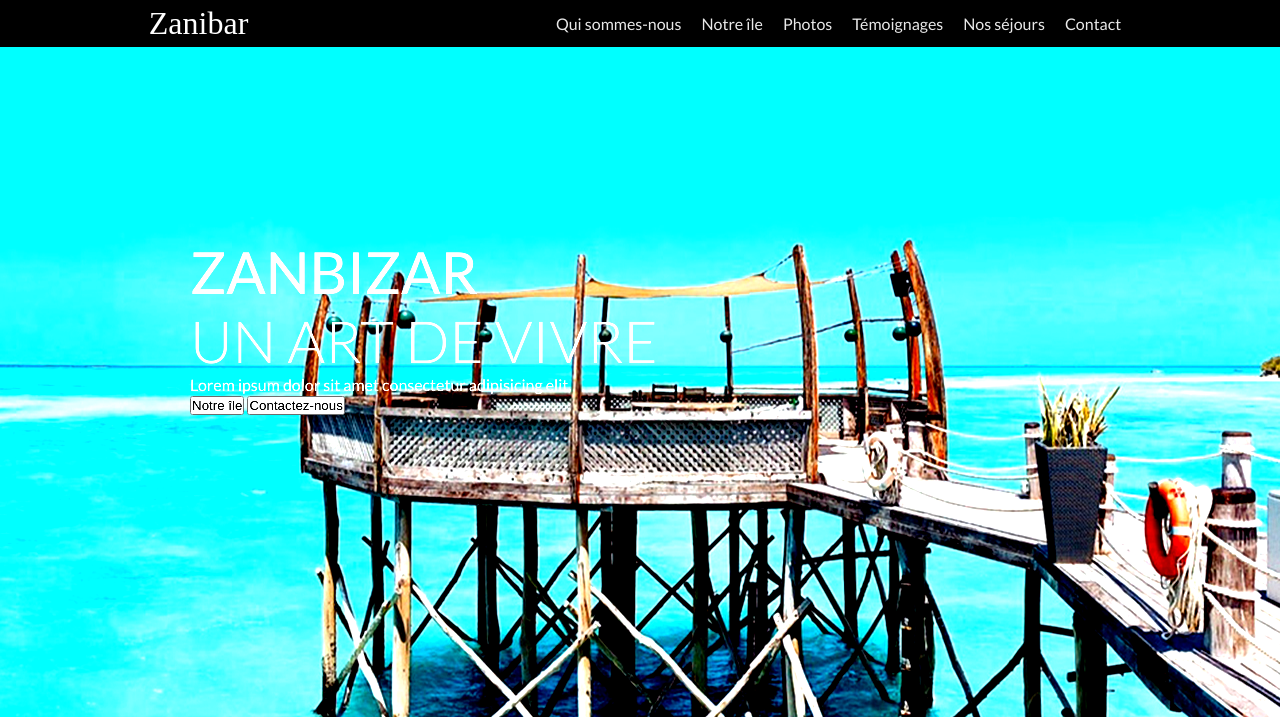
Repository: ypiard85/zanzibar
Page: index.html
The author's editor kept a copy of each file at every save. The page is drawn from the files as they stood at one save, then again after a run of saves.
The browser window is 1280 px wide. The pictures show the whole page.
Some web fonts or font styles are not loaded; a fallback is used.

Above is the page before, as saved 2021-02-23 15:09:28.

### index.html
<!DOCTYPE html>
<html lang="en">
<head>
    <meta charset="UTF-8">
    <meta http-equiv="X-UA-Compatible" content="IE=edge">
    <meta name="viewport" content="width=device-width, initial-scale=1.0">
    <link rel="stylesheet" href="font/font.css">
    <link rel="stylesheet" href="./style.css">
    <link href="https://fonts.googleapis.com/css?family=Lato:300,400,700" rel="stylesheet">
    <link href="https://fonts.googleapis.com/css?family=Sanchez" rel="stylesheet">
    <title>Document</title>
</head>
<body>
    <div class="wrapper">
        <header role="header">
            <nav class="nav">
                <div class="nav_left">
                    <a href="">
                        Zanibar
                    </a>
                </div>
                <ul class="nav_link">
                    <li><a href="">Qui sommes-nous</a></li>
                    <li><a href="">Notre île</a></li>
                    <li><a href="">Photos</a></li>
                    <li><a href="">Témoignages</a></li>
                    <li><a href="">Nos séjours</a></li>
                    <li><a href="">Contact</a></li>
                </ul>
            </nav>
        </header>
        <section class="image_thumbnail">
            <div class="content_thumbnail">
                <p class="titlte_first">ZANBIZAR</p>
                <p class="title_second">UN ART DE VIVRE</p>
                <p>Lorem ipsum dolor sit amet consectetur adipisicing elit.</p>
                <button>Notre île</button>
                <button>Contactez-nous</button>
            </div>
        </section>
    </div>
</body>
</html>

### font/font.css
/*! Generated by Font Squirrel (https://www.fontsquirrel.com) on June 4, 2019 */



@font-face {
    font-family: 'warnesregular';
    src: url('warnes-regular-webfont.eot');
    src: url('warnes-regular-webfont.eot?#iefix') format('embedded-opentype'),
         url('warnes-regular-webfont.woff2') format('woff2'),
         url('warnes-regular-webfont.woff') format('woff'),
         url('warnes-regular-webfont.ttf') format('truetype'),
         url('warnes-regular-webfont.svg#warnesregular') format('svg');
    font-weight: normal;
    font-style: normal;

}

### style.css
:root{
    --font-family-title: "warnesregular";
    --guillemet-citation: "Sanchez", serif;
}

*{
    margin: 0;
    padding: 0;
    box-sizing: border-box;
    list-style: none;
    text-decoration: none;
}

html {
    background-color: #fff;
    font-family: "Lato", "Arial", sans-serif;
}


.nav{
    background: black;
    display: flex;
    justify-content: space-around;
    align-items: center;
    padding: 5px 0;
}

.nav *{
    color: #fff;
}

.nav_left a{
    font-family: var(--font-family-title);
    font-size: 32px;
}

.nav_link{
    display: flex;
}

.nav_link li a{
    color: rgb(233, 233, 233);
    margin: 0 10px;

}

.image_thumbnail{
    background-image: url('./header.jpg');
    filter: grayscale(30%);
    filter: contrast(180%);
    background-repeat: no-repeat;
    background-position: center right;
    height: 93vh;
}

.content_thumbnail{
    padding: 190px;
    color: #fff;
}

.content_thumbnail .titlte_first{
    font-size: 58px;
}

.content_thumbnail .title_second{
    font-size: 58px;
    font-weight: 100;
}

After the next 4 saves:
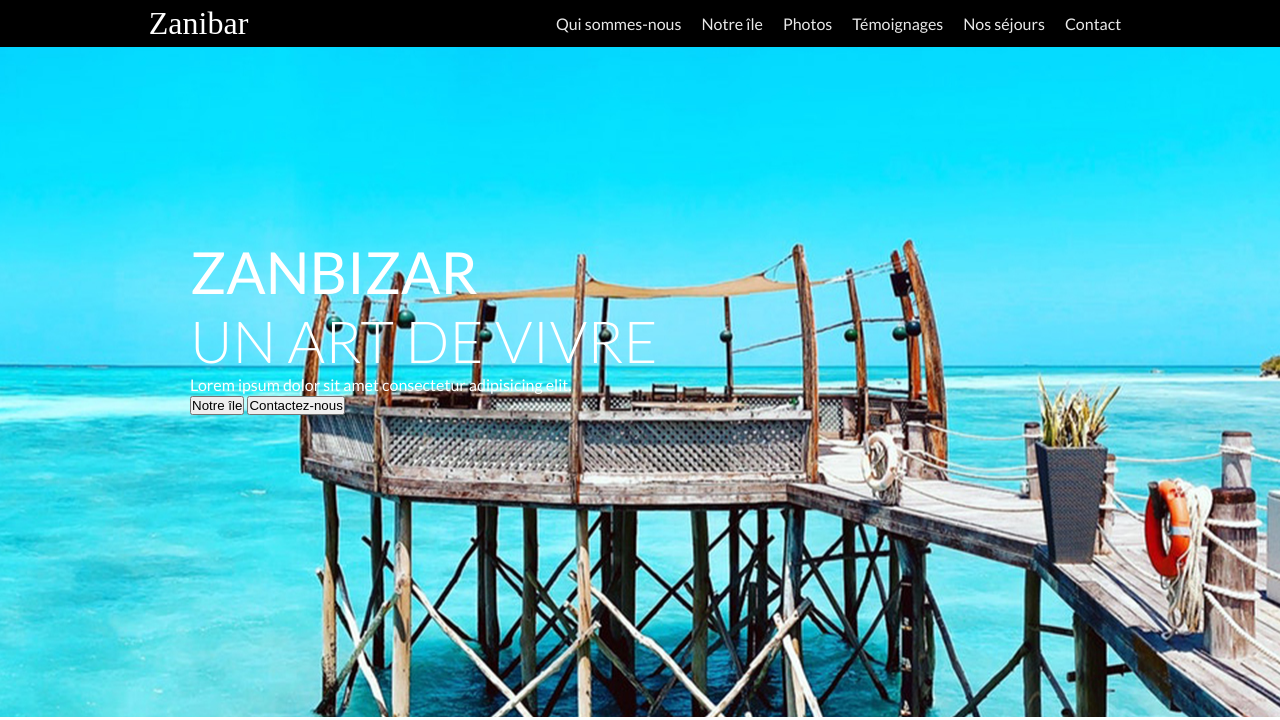
The 4 saves are shown as one change because they came seconds apart.
The last was saved 10 s later.
--- a/style.css
+++ b/style.css
@@ -46,8 +46,8 @@ html {
 
 .image_thumbnail{
     background-image: url('./header.jpg');
-    filter: grayscale(30%);
-    filter: contrast(180%);
+    filter: grayscale(60%);
+    filter: contrast(100%);
     background-repeat: no-repeat;
     background-position: center right;
     height: 93vh;
